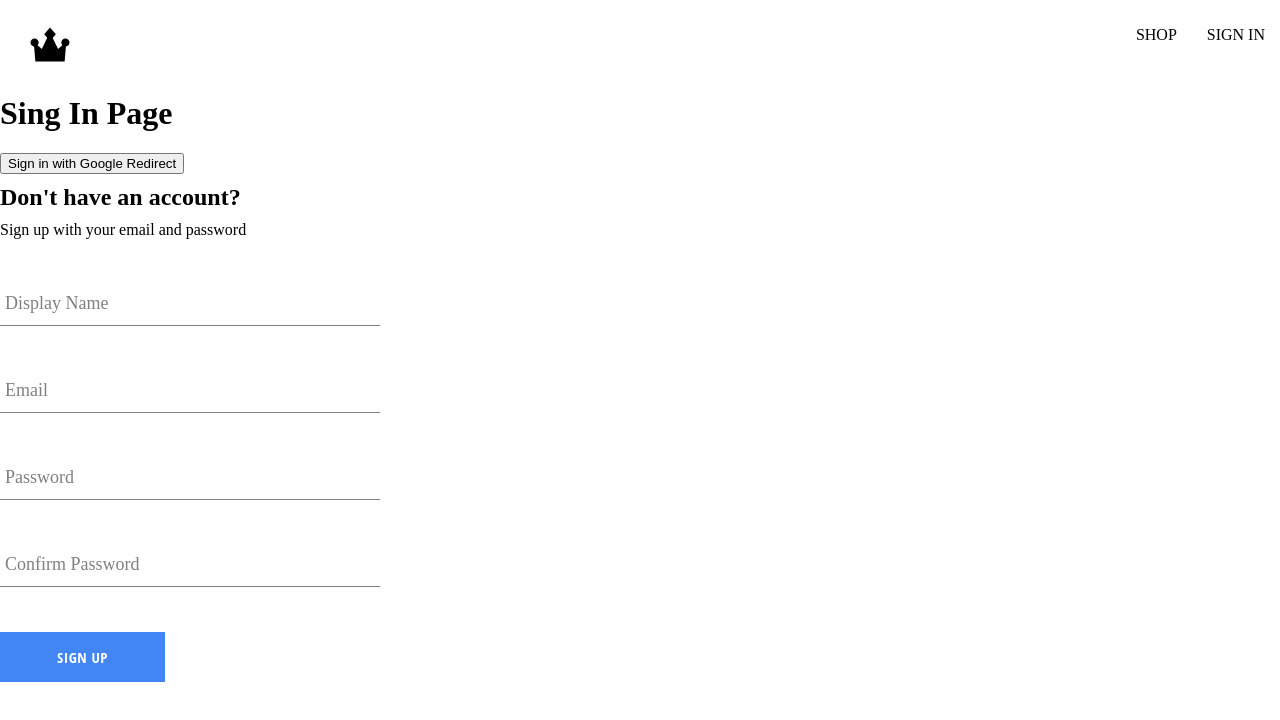
Repository: Chadi2000/crwn-clothing
Page: /signIn
An editor plug-in stored every save of this project. The page is shown before and after the next save, followed by the edit.
The browser window is 1280 px wide. The pictures show the whole page.
The project was rebuilt for these pictures with package versions that can differ from the ones it lists, and the page was loaded fresh each time. Also part of the build but not shown: src/categories.styles.scss, src/components/category-item/category-item.styles.scss, src/components/category-item/category-item.component.jsx, src/components/directory/directory.styles.scss, src/components/directory/directory.component.js, src/routes/home/home.component.jsx.

Above is the page before, as saved 2024-02-11 21:07:25.

After the next save:
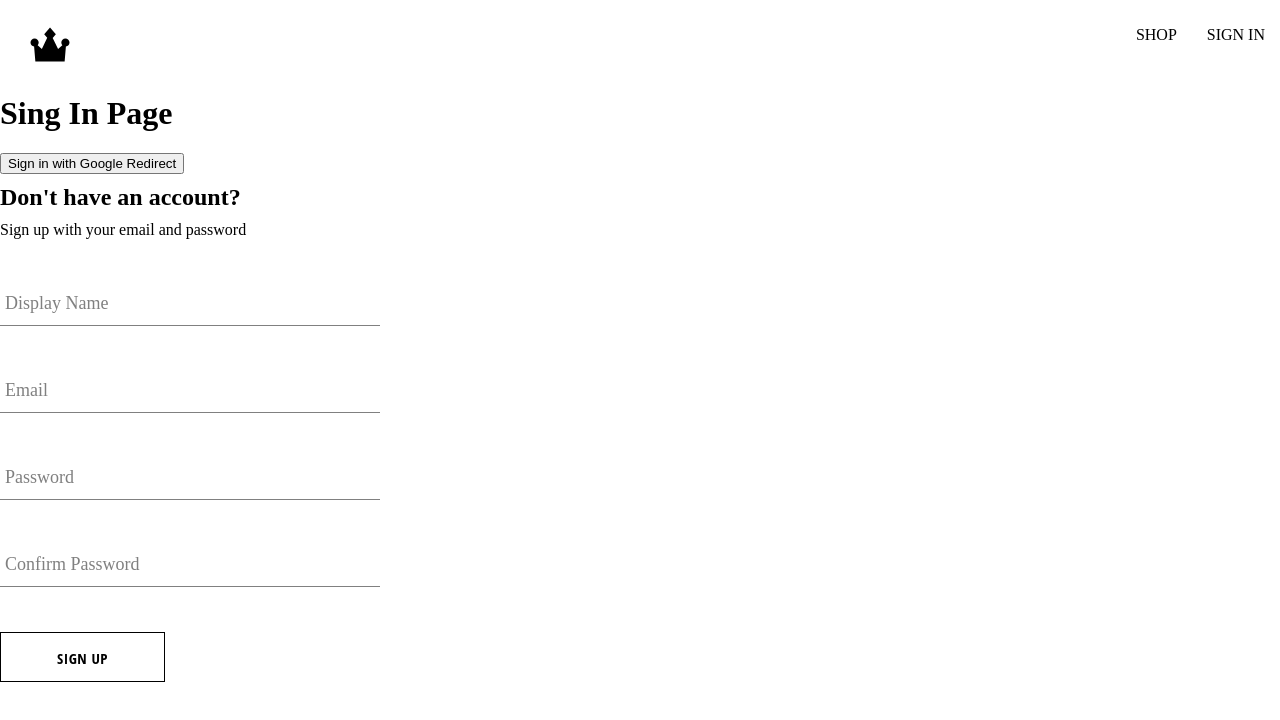
Saved 12 s later.
--- a/src/components/sign-up-form/sign-up-form.component.jsx
+++ b/src/components/sign-up-form/sign-up-form.component.jsx
@@ -106,7 +106,7 @@ const SignUpForm =() =>{
                      />
 
 
-                <Button buttonType='google' type="submit">Sign Up</Button>
+                <Button buttonType='inverted' type="submit">Sign Up</Button>
             </form>
         </div>
     )
